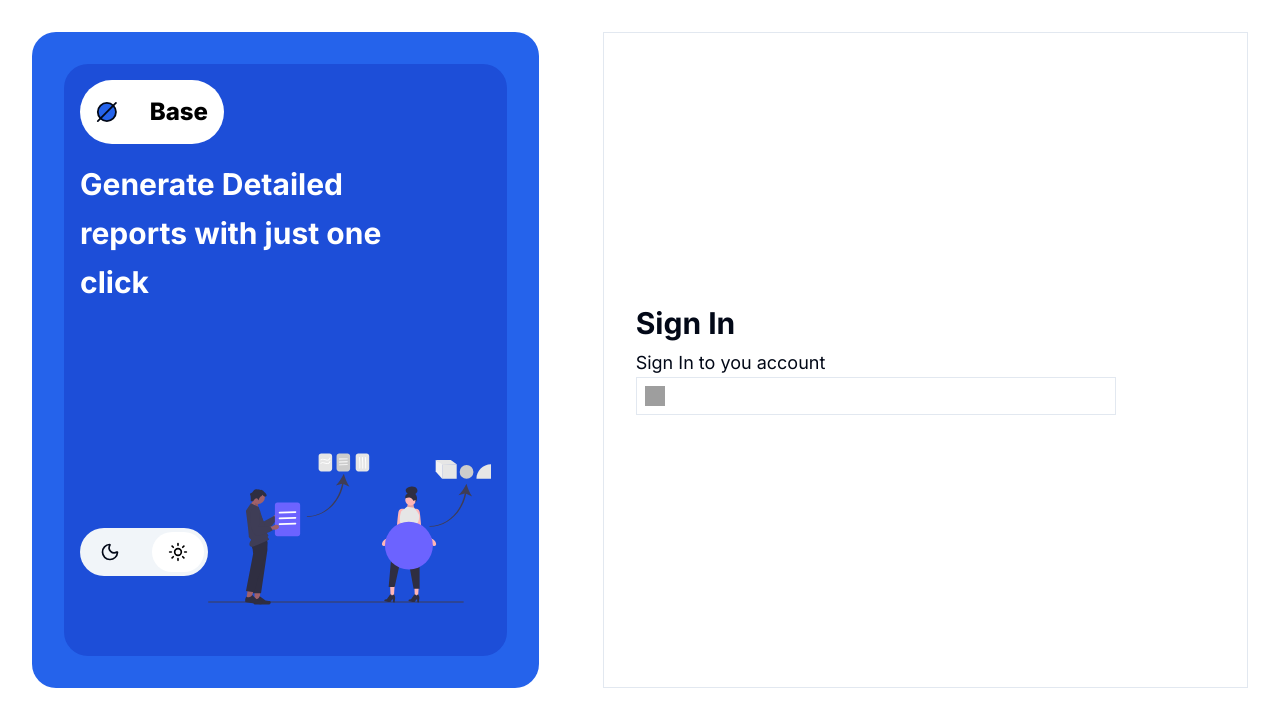
Repository: Hardyy00/openinapp_assignment
Page: /
The author's editor kept a copy of each file at every save. The page is drawn from the files as they stood at one save, then again after the next save.
The browser window is 1280 px wide. The pictures show the whole page.
Pictures or frames that could not be fetched are drawn as grey boxes. The project was rebuilt for these pictures with package versions that can differ from the ones it lists, and the page was loaded fresh each time. The framework's server and built-in components were replaced by stand-ins that run in the browser. Also part of the build but not shown: next.config.mjs.

Above is the page before, as saved 2024-08-23 16:28:23.

After the next save:
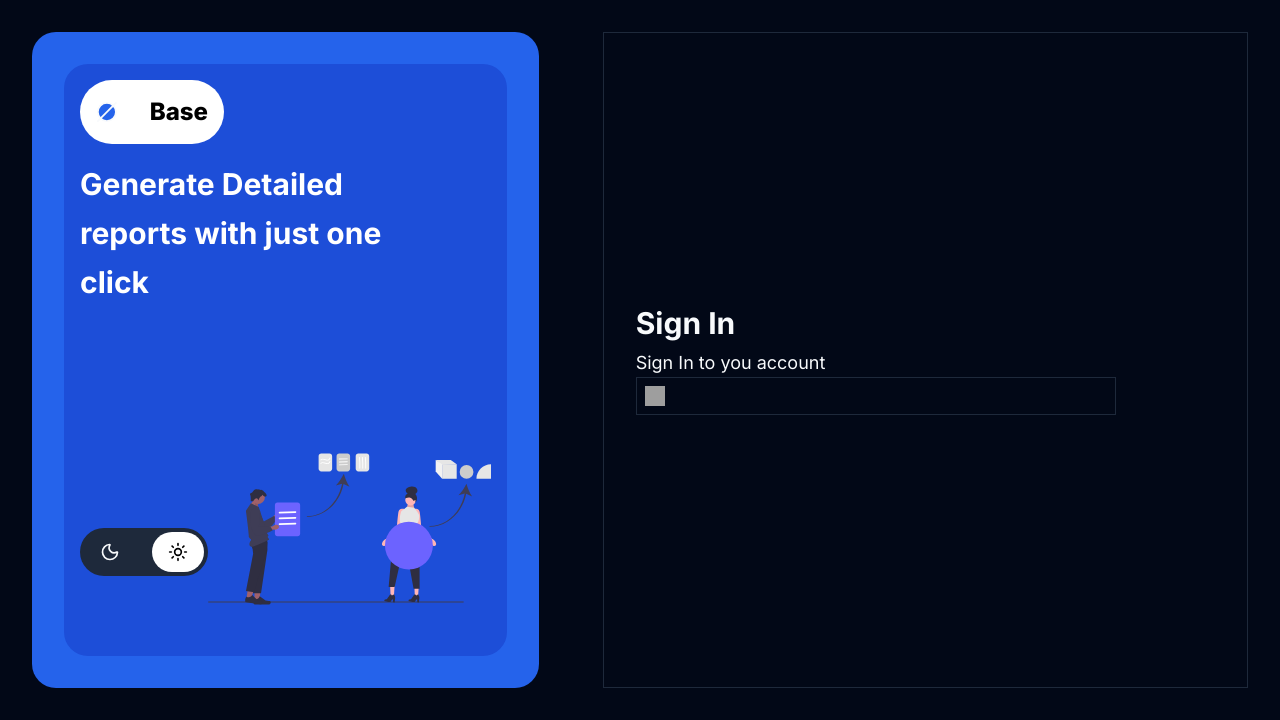
Saved 50 s later.
--- a/app/_components/switcher.tsx
+++ b/app/_components/switcher.tsx
@@ -9,8 +9,10 @@ export const Switcher: React.FC = () => {
   const matches = useMediaQuery("(max-width:1024px)");
 
   useEffect(() => {
-    if (matches && theme === "dark") {
+    if (matches) {
       setTheme("light");
+    } else {
+      setTheme("dark");
     }
   }, [matches, theme, setTheme]);
   return null;
